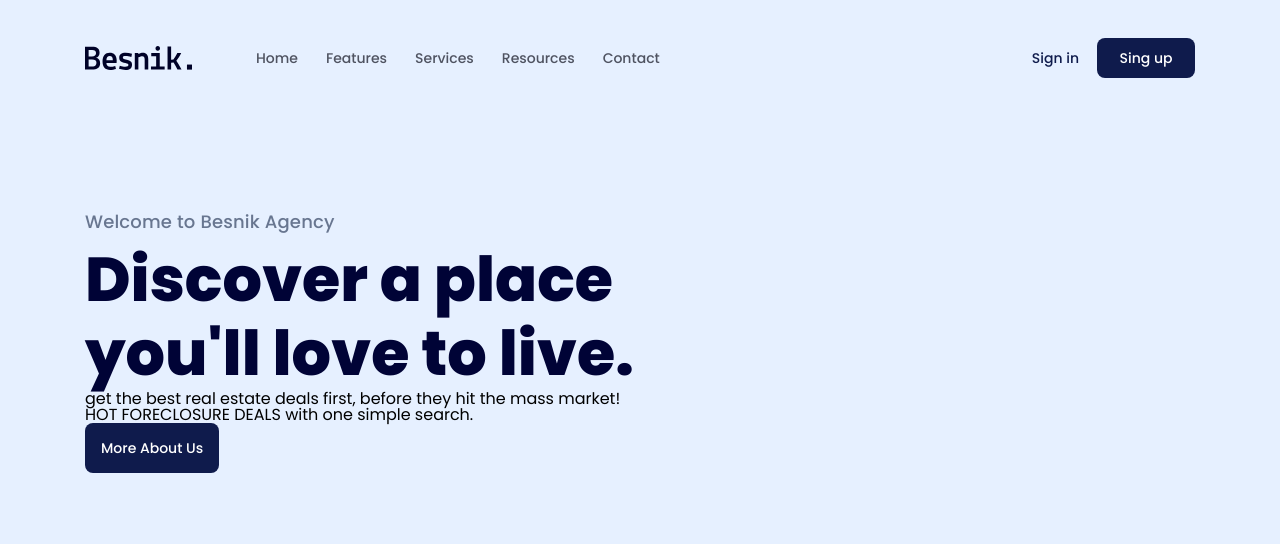
Repository: anhtien111198/f8-htmlcss-01
Page: index.html
An editor plug-in stored every save of this project. The page is shown before and after the next save, followed by the edit.
The browser window is 1280 px wide. The pictures show the whole page.

Above is the page before, as saved 2023-04-29 15:53:22.

After the next save:
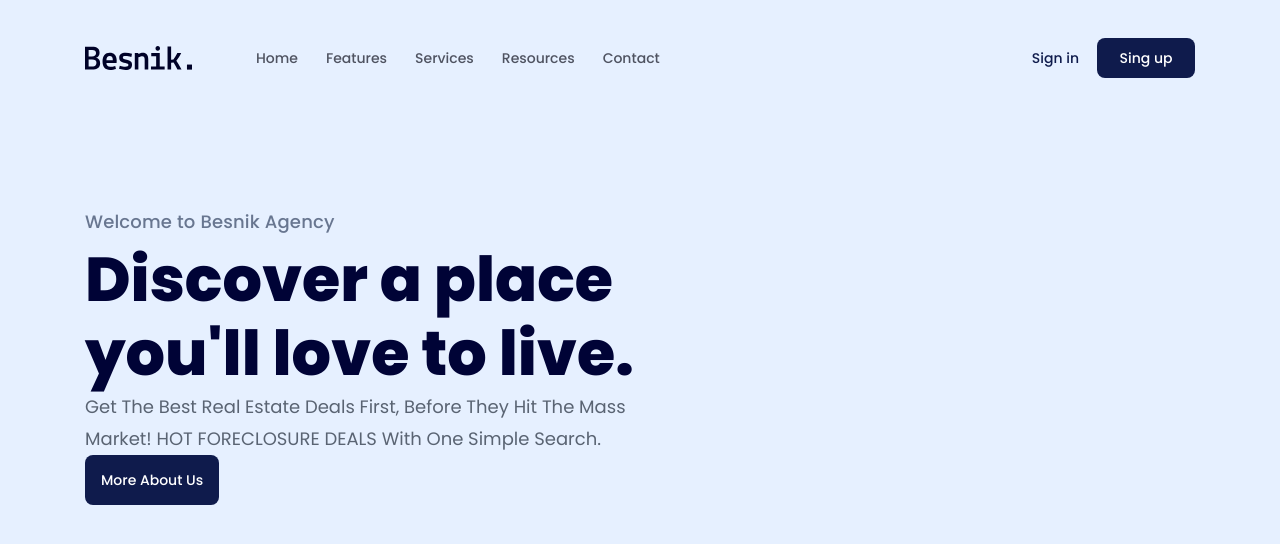
Saved 55 s later.
--- a/assets/css/styles.css
+++ b/assets/css/styles.css
@@ -93,3 +93,10 @@
     line-height: 1.19;
     color: #000336;
 }
+.hero .desc {
+    font-weight: 400;
+    font-size: 1.8rem;
+    line-height: 1.78;
+    text-transform: capitalize;
+    color: #5a6473;
+}
